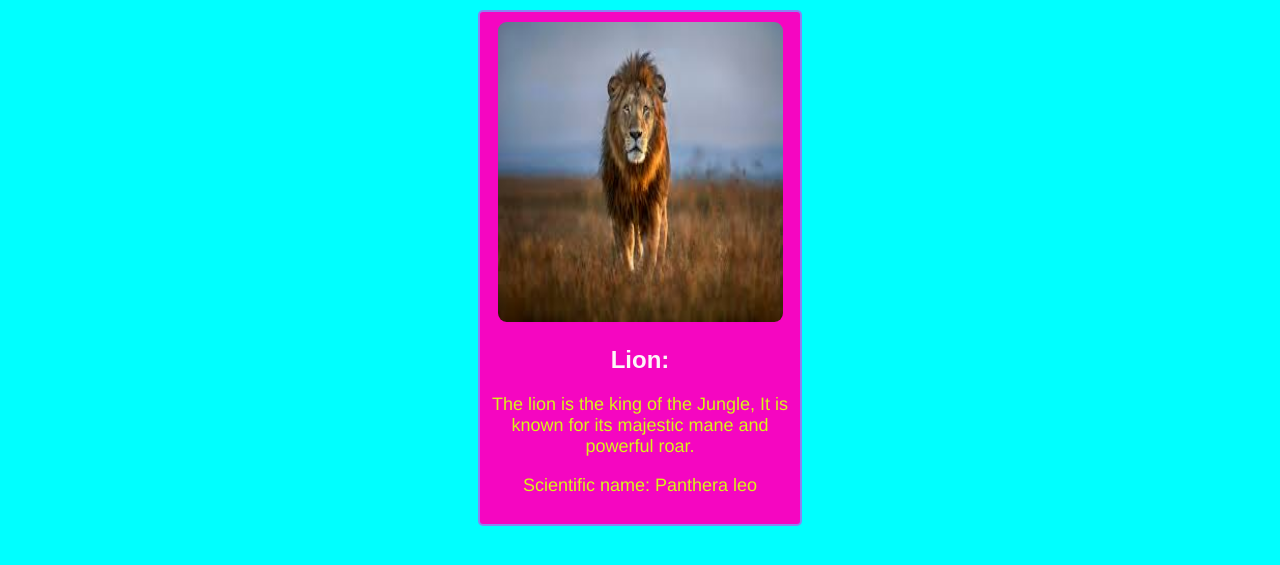
Repository: KingBoyMaylow/Animal-trading-card
Page: index.html
These files come from the project's save history. The page is drawn as it stood at one moment and after a run of saves; the edit follows.
The browser window is 1280 px wide. The pictures show the whole page.

Above is the page before, as saved 2024-05-13 22:24:38.

### index.html
<!DOCTYPE html>
<html lang="en">
<head>
    <meta charset="UTF-8">
    <meta name="viewport" content="width=device-width, initial-scale=1.0">
    <title>Document</title>
</head>
<body>
    <style>
    body {
        font-family: Arial, sans-serif;
        text-align: center;
        background-color: aqua;
    }
    .card {
        width: 300px;
        border: 2px solid #8a83f1;
        border-radius: 5px;
        margin: 10px auto;
        padding: 10px;
        background-color: #f506c1;
    }
    .card img {
        width: 95%;
        border-radius: 3%;
        height: 300px;
    }
    .card h2 {
        color: #fcf7f7;
    }
    .card p {
        color: #d9f21a;
        font-size: large;
        font-family: 'Franklin Gothic Medium', 'Arial Narrow', Arial, sans-serif;
    }
</style>
</head>
<body>
    <div class="card">
        <img src="lion.jpeg" alt="Lion">
        <h2>Lion:</h2>
        <p>The lion is the king of the Jungle, It is known for its majestic mane and powerful roar.</p>
        <p>Scientific name: Panthera leo</p>
    </div>
</body>
</html>

After the next 4 saves:
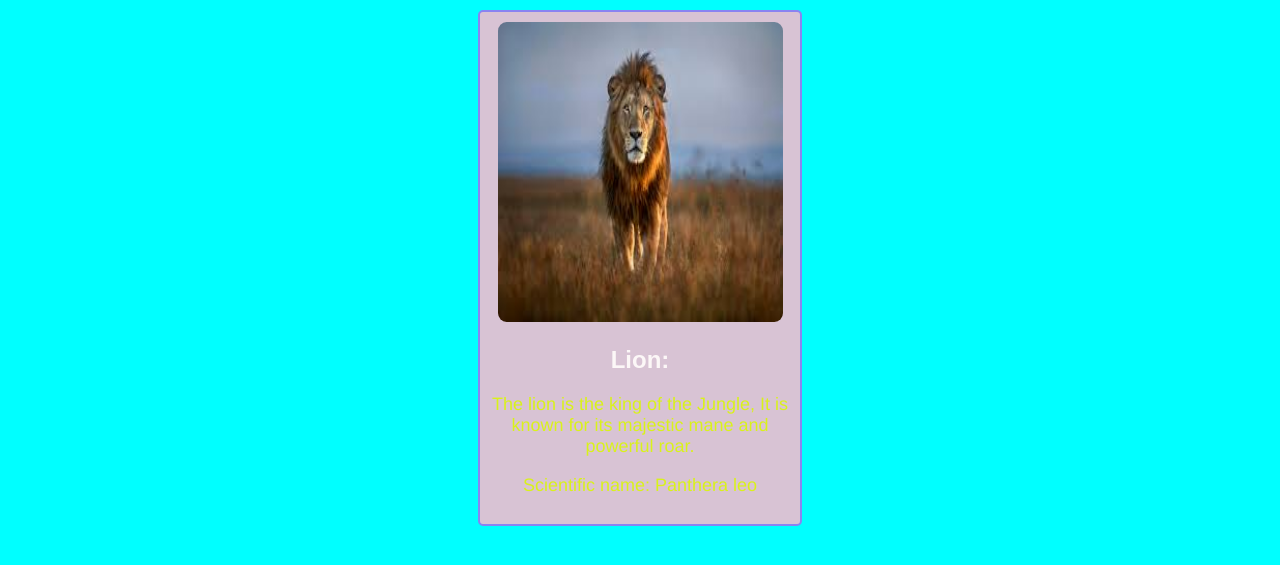
The 4 saves are shown as one change because they came seconds apart.
The last was saved 17 s later.
--- a/index.html
+++ b/index.html
@@ -18,7 +18,7 @@
         border-radius: 5px;
         margin: 10px auto;
         padding: 10px;
-        background-color: #f506c1;
+        background-color: #d8c3d4;
     }
     .card img {
         width: 95%;
